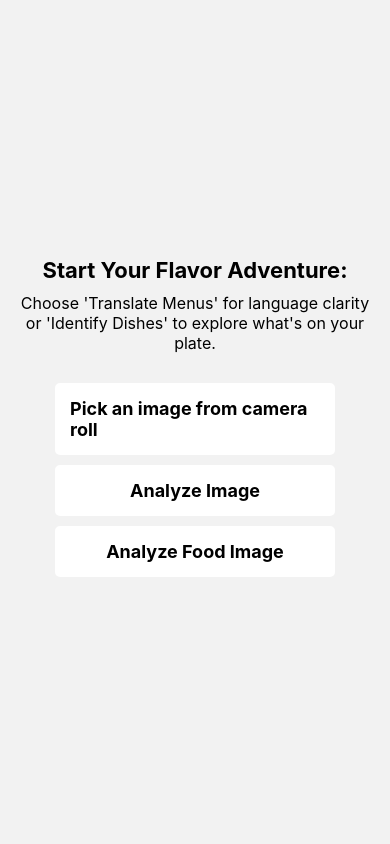
Repository: djdjdallas/taste-without-borders
Screen: /Home
An editor plug-in stored every save of this project. The screen is shown before and after the next save, followed by the edit.
The app was drawn by React Native's web renderer in a window 390 px wide. The project was rebuilt for these pictures with package versions that can differ from the ones it lists, and the page was loaded fresh each time.

Above is the screen before, as saved 2023-12-26 20:08:34.

After the next save:
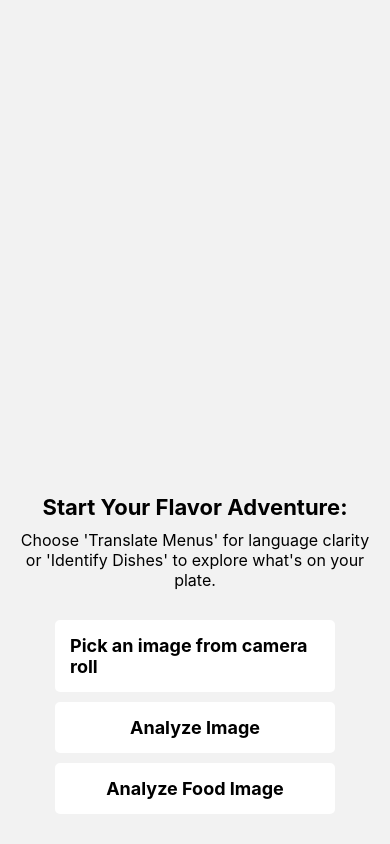
Saved 33 s later.
--- a/HomeScreen.js
+++ b/HomeScreen.js
@@ -199,7 +199,7 @@ const HomeScreen = () => {
 const styles = StyleSheet.create({
   container: {
     flex: 1,
-    justifyContent: "center",
+    justifyContent: "flex-end",
     alignItems: "center",
     padding: 20,
     backgroundColor: "#F2F2F2",
